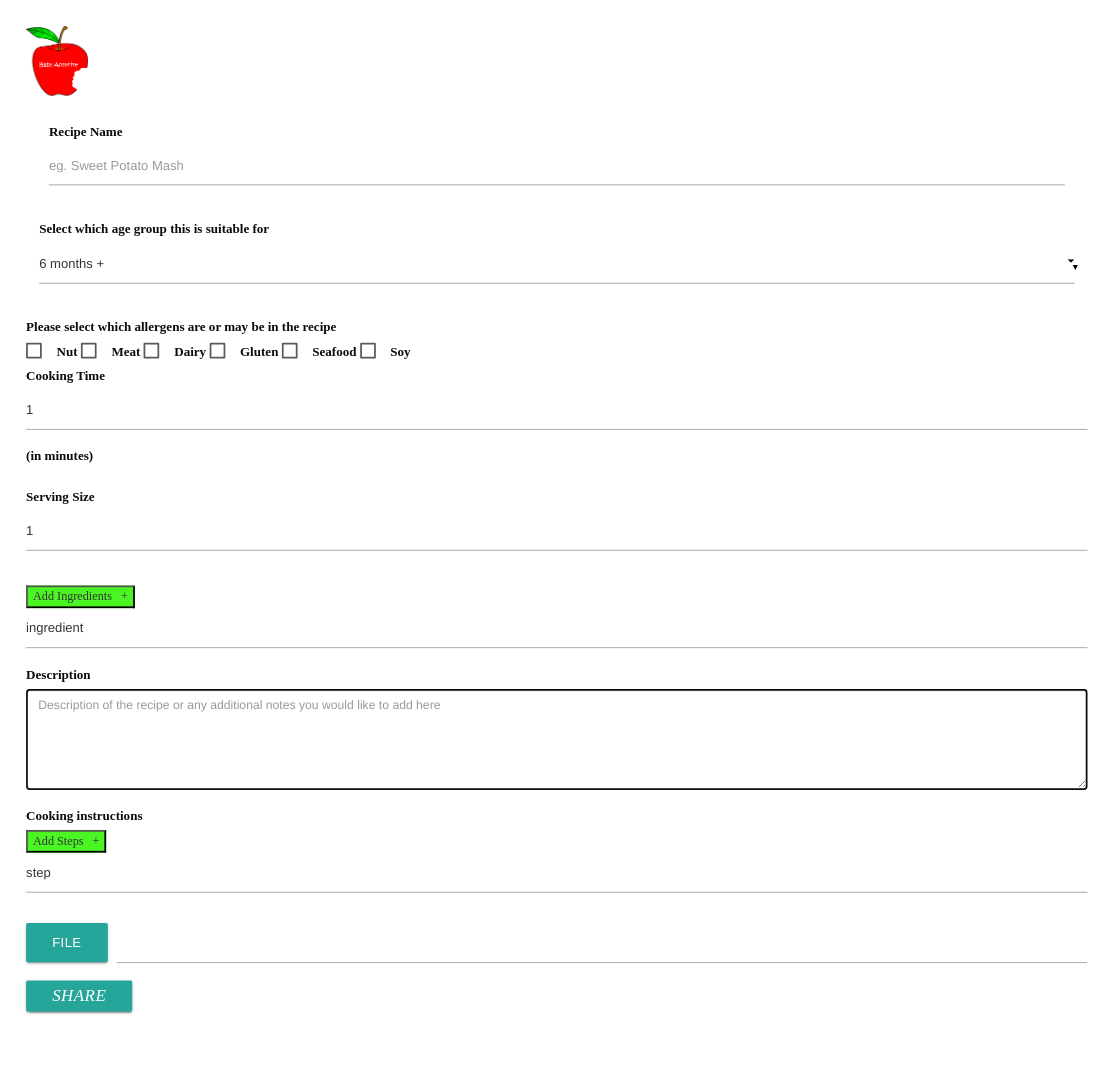
Repository: blueag8/babyappytite
Page: http://localhost/addrecipe
The author's editor kept a record of every edit. The page is drawn from the files as they stood at one moment, then again after the next edit.
The browser window is 1280 px wide. The pictures show the whole page, at 87% of full size.
Some web fonts or font styles are not loaded; a fallback is used. Some web libraries are served in a nearby version. The page is served by the project's application, run on Flask 3 (app.py). Queries for data that is not in the repository find no rows.

Above is the page before.

After the next edit:
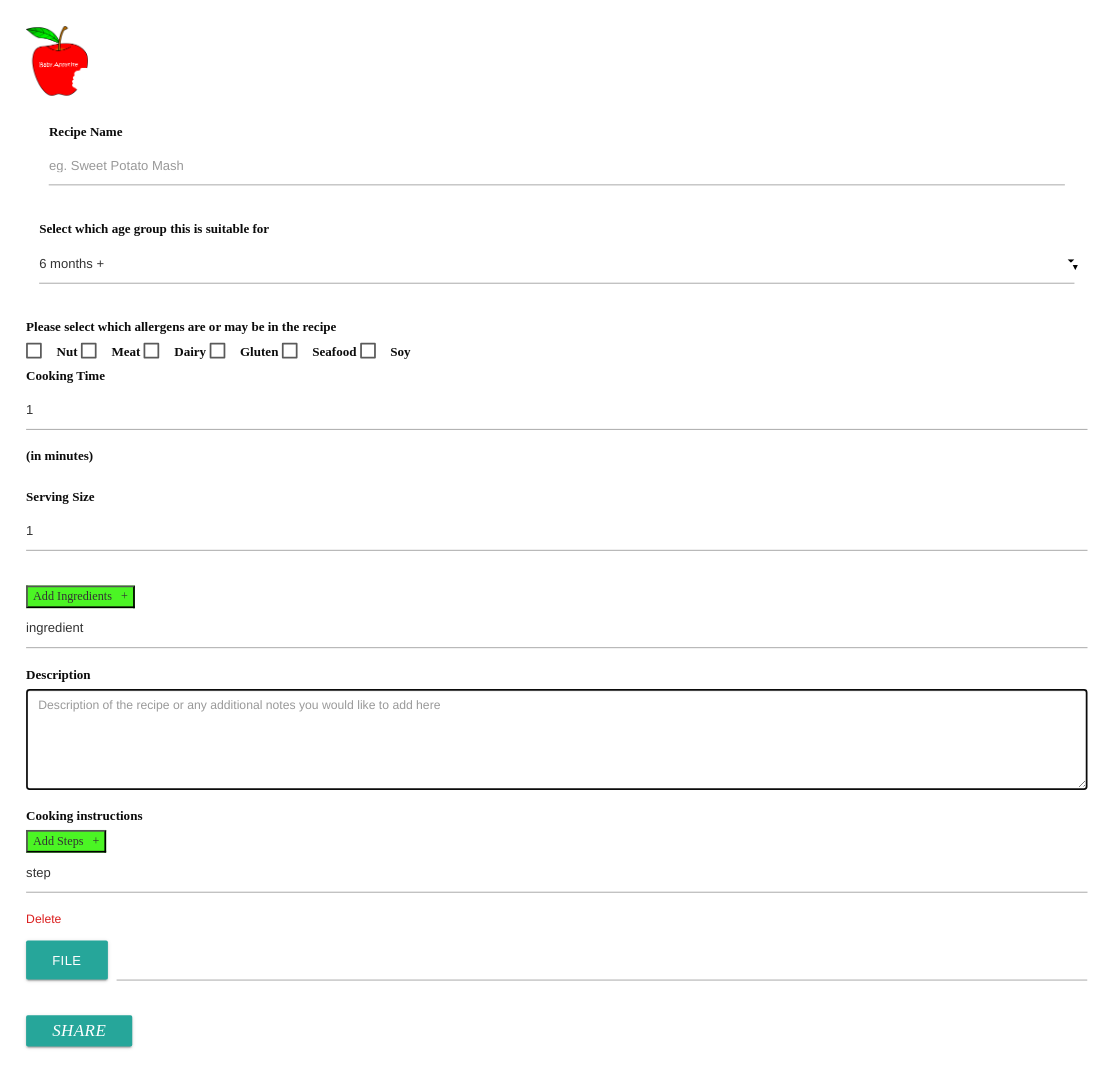
The edit:
--- a/templates/addrecipe.html
+++ b/templates/addrecipe.html
@@ -88,6 +88,7 @@
             <span>+ </span>
           </button>
             <div><input type="text" name="step" value="step" placeholder"eg. wash vegetables">
+            <a href="#" class="delete">Delete</a></div>
             </div>
         </div>
 
